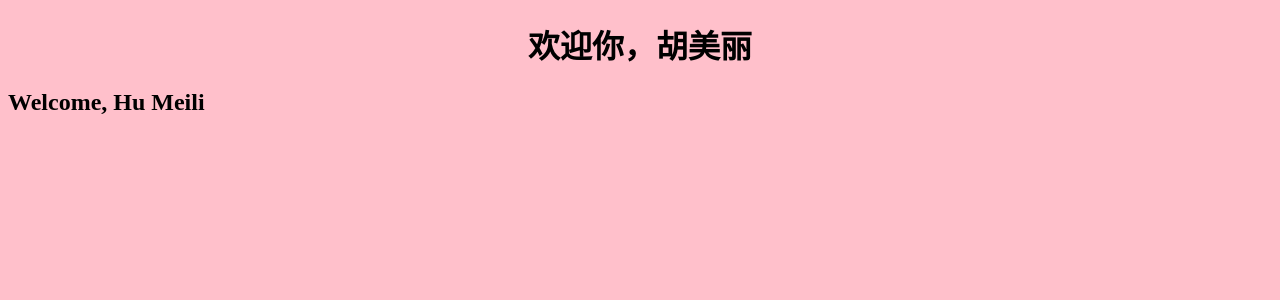
Repository: NanmeiYC/NanmeiYC.github.io
Page: zhuye.html
The author's editor kept a copy of each file at every save. The page is drawn from the files as they stood at one save, then again after a run of saves.
The browser window is 1280 px wide. The pictures show the whole page.

Above is the page before, as saved 2021-05-28 23:47:33.

After the next 3 saves:
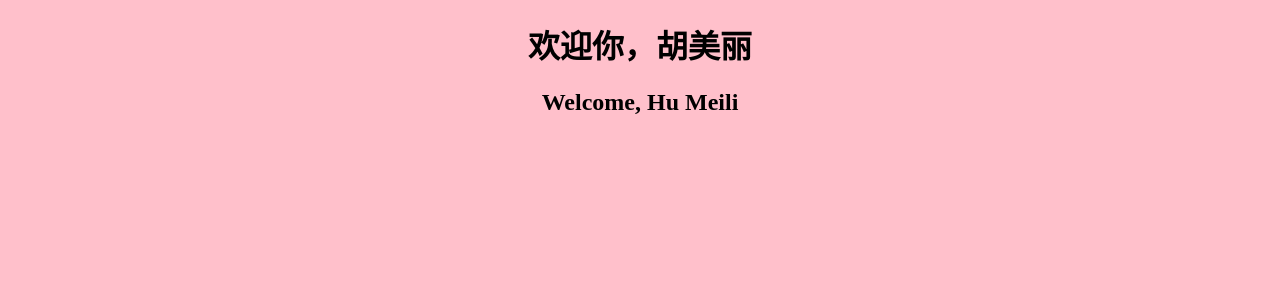
The 3 saves are shown as one change because they came seconds apart.
The last was saved 10 s later.
--- a/zhuye.html
+++ b/zhuye.html
@@ -6,7 +6,7 @@
     </head>
     <body bgcolor="pink">
             <h1 align="center">欢迎你，胡美丽  </h1>
-            <h2 align>Welcome, Hu Meili</h2>
+            <h2 align="center">Welcome, Hu Meili</h2>
         <table cellpadding="10" width="1000" style="background-color: hotpink;">
             <body>
                 <tr align="center" >
